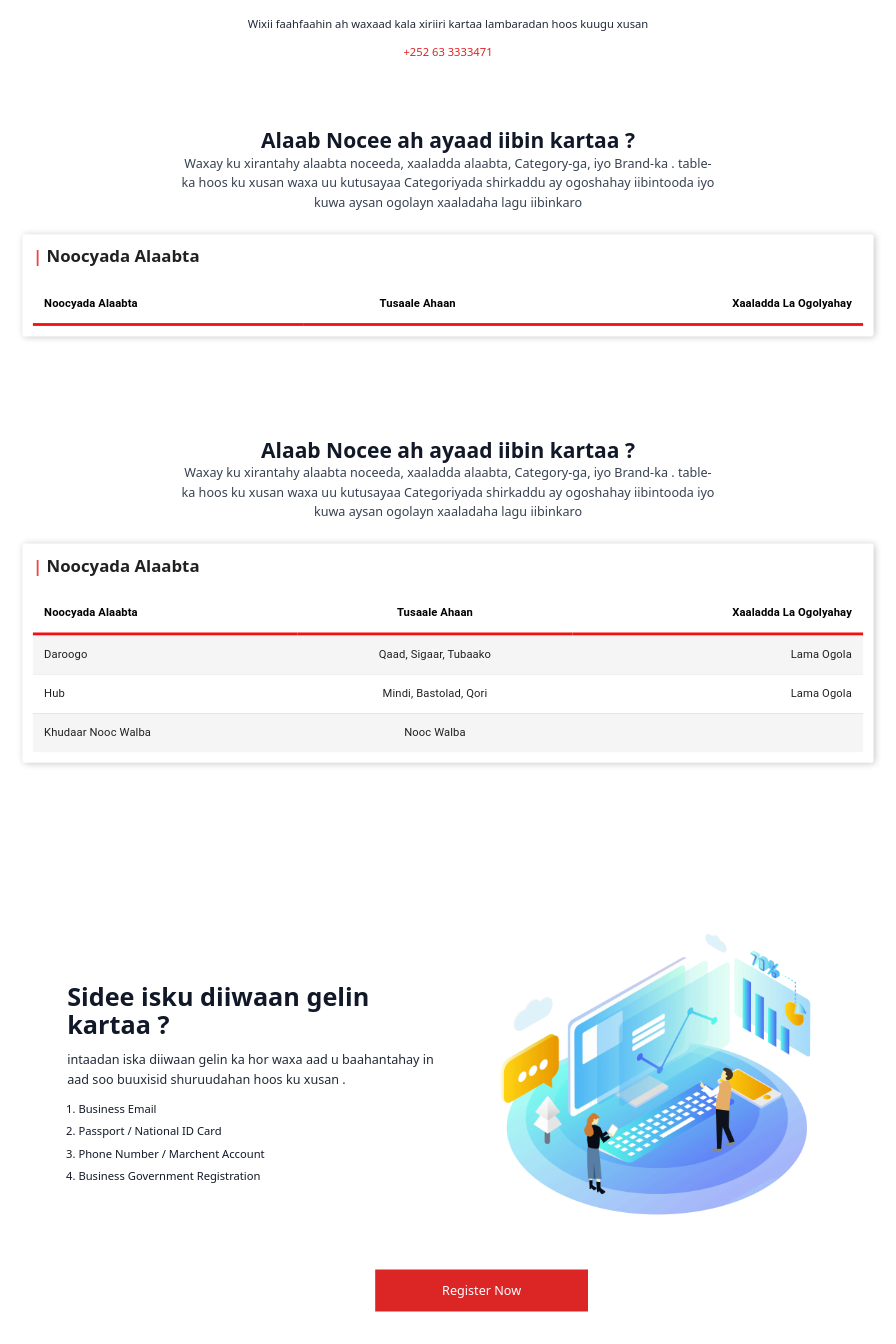
Repository: muraadso/Muraadso-Sellers
Page: /
The author's editor kept a copy of each file at every save. The page is drawn from the files as they stood at one save, then again after the next save.
The browser window is 1280 px wide. The pictures show the part of the page from y = 2101 to 4021 px (the page is 7285 px tall), at 70% of full size.
The project was rebuilt for these pictures with package versions that can differ from the ones it lists, and the page was loaded fresh each time. The framework's server and built-in components were replaced by stand-ins that run in the browser. Also part of the build but not shown: next.config.js.

Above is the page before, as saved 2021-12-11 11:20:13.

After the next save:
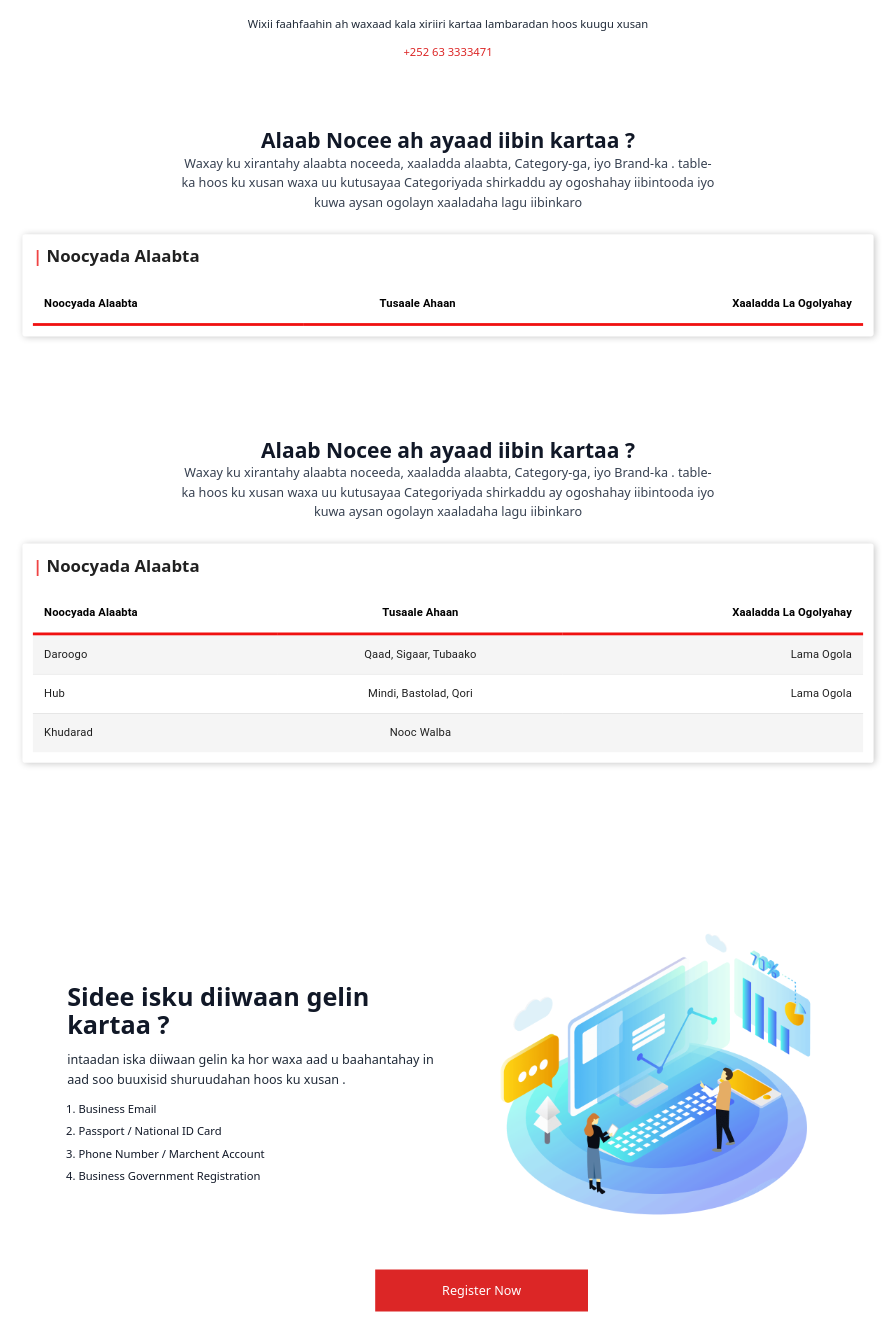
Saved 6 s later.
--- a/components/Whatsell.jsx
+++ b/components/Whatsell.jsx
@@ -49,7 +49,7 @@ const rows = [
 const rows2 = [
   createData('Daroogo', "Qaad, Sigaar, Tubaako", 'Lama Ogola'),
   createData('Hub', 'Mindi, Bastolad, Qori', 'Lama Ogola'),
-  createData('Khudaar Nooc Walba', 'Nooc Walba')
+  createData('Khudarad', 'Nooc Walba')
 
 ];
 
